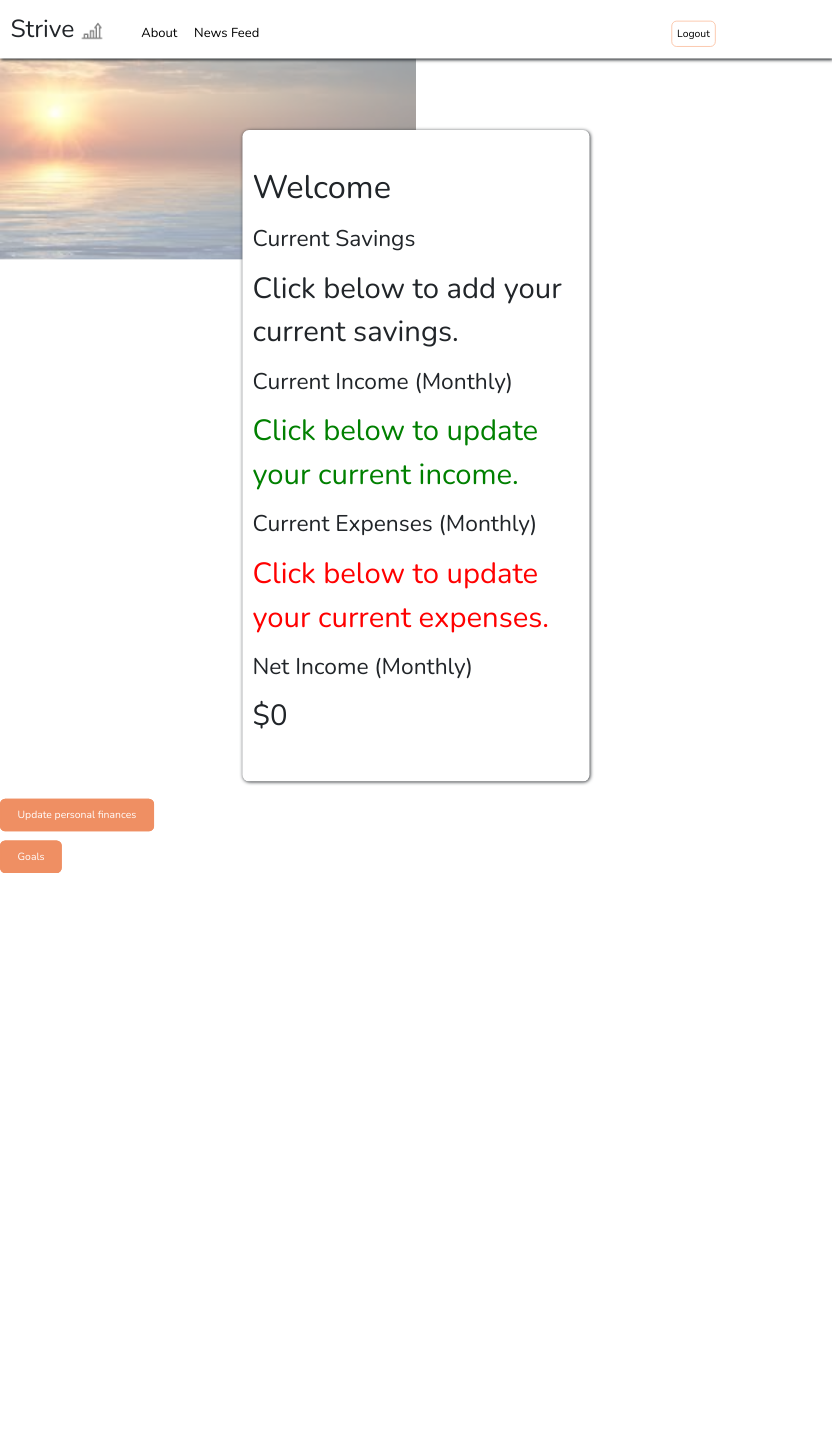
Repository: NoraOK/Strive
Page: http://localhost/strive/WEB-INF/strive/userHome.jsp
The author's editor kept a copy of each file at every save. The page is drawn from the files as they stood at one save, then again after the next save.
The browser window is 1280 px wide. The pictures show the whole page, at 65% of full size.
The page is served by Tomcat 9. Nobody is signed in. Other server files are loaded and not shown. The template is opened directly, without the code that normally fills it, so the values that code supplies are empty.

Above is the page before, as saved 2019-12-20 16:39:26.

### strive/src/main/webapp/WEB-INF/strive/userHome.jsp
<%@ page language="java" contentType="text/html; charset=UTF-8"
    pageEncoding="UTF-8"%>
<%@ taglib prefix="c" uri="http://java.sun.com/jsp/jstl/core"%>

<!DOCTYPE html>
<html>
<head>
<meta charset="UTF-8">
<title>Strive | Home</title>
	<link rel="stylesheet"
	href="https://stackpath.bootstrapcdn.com/bootstrap/4.3.1/css/bootstrap.min.css"
	integrity="sha384-ggOyR0iXCbMQv3Xipma34MD+dH/1fQ784/j6cY/iJTQUOhcWr7x9JvoRxT2MZw1T"
	crossorigin="anonymous">
	<link href="/css/userHome.css" rel="stylesheet" type="text/css" />
	<link href="https://fonts.googleapis.com/css?family=Nunito:200,400,700&display=swap" rel="stylesheet">
</head>
<body>
	<div>
		<jsp:include page="header.jsp"/>
	</div>
	<div class="body">
		<img src="/images/sunset.jpg">
		<div class="container col-5 spotlight">
			<p class="welcome"> Welcome <c:out value="${user.firstName}"/></p>
			<c:choose>
				<c:when test="${user.currentBalance == null || user.currentIncome == null }">
					<p class="labels">Current Savings</p>
					<p class="fig">Click below to add your current savings.</p>
					<p class="labels">Current Income (Monthly)</p>
					<p class="fig inc">Click below to update your current income.</p>
					<p class="labels">Current Expenses (Monthly)</p>
					<p class="fig exp">Click below to update your current expenses.</p>
					<p class="labels">Net Income (Monthly)</p>
					<p class="fig netinc pos">$0</p>
				</c:when>
				<c:otherwise>
					<p class="labels">Current Savings</p>
					<p class="fig">$ <c:out value="${user.currentBalance}"/> </p>
					<p class="labels">Current Income (Monthly)</p>
					<p class="fig inc">$ <c:out value="${user.currentIncome}"/> </p>
					<p class="labels">Current Expenses (Monthly)</p>
					<p class="fig exp">$ <c:out value="${user.totalUserExpense}"/></p>
					<p class="labels">Net Income (Monthly)</p>
					<c:choose>
						<c:when test="${user.incomeLessExpense > 0}">
							<p class="fig netinc pos">$<c:out value="${user.incomeLessExpense}"/></p>
						</c:when>
						<c:otherwise>
							<p class="fig netinc neg">$<c:out value="${user.incomeLessExpense}"/></p>
						</c:otherwise>
					</c:choose>
				</c:otherwise>
			</c:choose>
		</div>
		<p class="one"><a href="/updateFinances" class="button1">Update personal finances</a></p>
		<p class="two"><a href="/newGoal" class="button1">Goals</a></p>
	</div>
</body>
</html>

### strive/src/main/resources/static/css/userHome.css
.body {
	padding-top: 200px;
    position: relative;
    overflow: hidden;
    height: 2200px;
    font-family:'Nunito', sans-serif;

}

.body img {
	background-color: rgba(232,114,17,1.0);
    position: absolute;
    left: 0;
    top: 0;
    width: 50%;
    height: auto;
    opacity: 0.4;
}

.spotlight{
	background-color: white;
	border-radius: 10px;
	box-shadow: 1px 1px 6px;
	padding: 50px;
	padding-left: 50px;
}


.button1{
	border:2px solid #EF8F63 ;
	border-radius: 8px;
	background-color: #EF8F63;
 	padding: 12px 25px;
 	color: white;
 	width: 100%
}

.button1:hover{
	border:2px solid #F9AD86 ;
	border-radius: 8px;
	background-color: #F9AD86;
 	padding: 12px 25px;
 	color: white;
 	width: 100%

}
.one{
	margin-top: 40px;
}
.two{
	margin-top: 40px;
}

.welcome{
	font-weight: 200;
	font-size: 50px;
}

.labels{
	font-weight: 200;
	font-size: 35px;
}

.inc{
	color: green;
}
.exp{
	color: red;
}

.fig{
	font-size: 45px;
}

### strive/src/main/resources/static/css/header.css
header{
	box-shadow: 2px 2px 5px;
	height: 90px;
	z-index: 10;
    position: fixed;
    width: 100%;
    font-family:'Nunito', sans-serif;
    background-color: white;
}

.logo{
	font-size: 38px;

}
.header_img{
	background-color: white;
	width: 35px;
	opacity: .5;
}

.button{
	font-size: 17px;
	color: black;
}

.link {
	font-size: 20px;
	color: black;
}

a:link {
  text-decoration: none;
}

a:visited {
  text-decoration: none;
}

a:hover {
  text-decoration: none;
}

.logout_button{
	border: solid 1.5px #F9AD86;
	border-radius: 8px;
	padding:  8px;
	color: black;
}

.logout_button:hover {
	background-color: #F9AD86;
	color: white;
}

.buttons{
	margin-left: 50%;
}

.home_button{
	color: black;
}

Loaded but not shown: strive/src/main/webapp/WEB-INF/strive/header.jsp (common file)

After the next save:
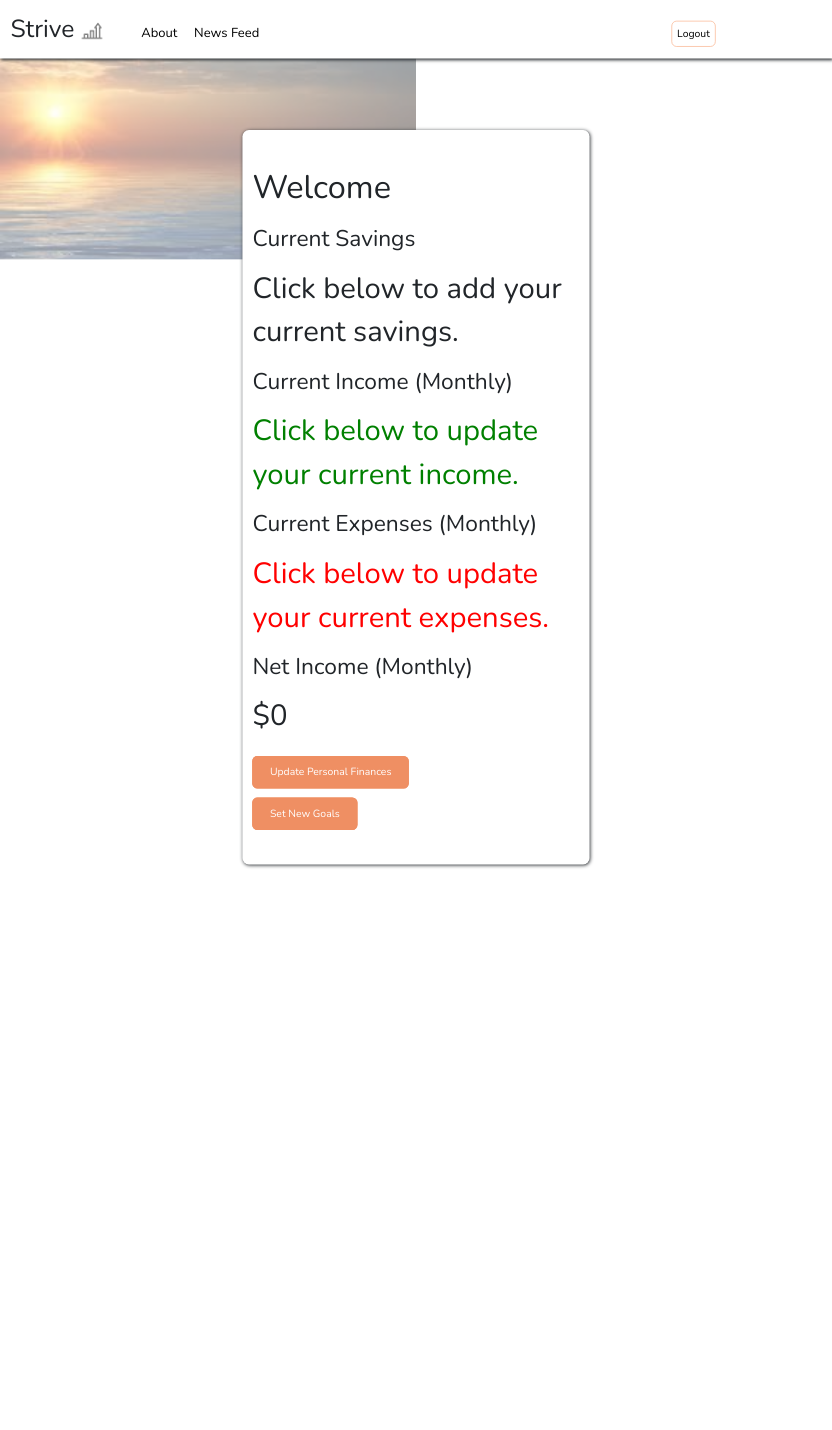
Saved 114 s later.
--- a/strive/src/main/webapp/WEB-INF/strive/userHome.jsp
+++ b/strive/src/main/webapp/WEB-INF/strive/userHome.jsp
@@ -51,9 +51,10 @@
 					</c:choose>
 				</c:otherwise>
 			</c:choose>
+			<p class="one"><a href="/updateFinances" class="button1">Update Personal Finances</a></p>
+			<p class="two"><a href="/newGoal" class="button1">Set New Goals</a></p>
 		</div>
-		<p class="one"><a href="/updateFinances" class="button1">Update personal finances</a></p>
-		<p class="two"><a href="/newGoal" class="button1">Goals</a></p>
+
 	</div>
 </body>
 </html>
